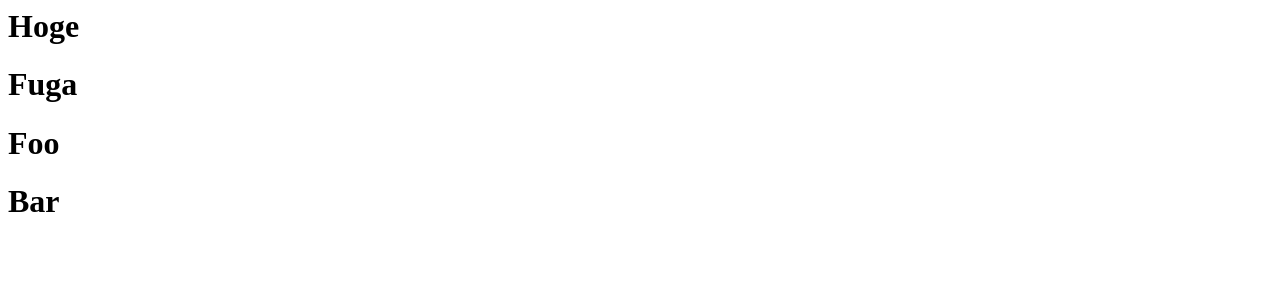
Repository: todaytam/samurai_HTML-CSS
Page: Flexbox.html
The author's editor kept a record of every edit. The page is drawn from the files as they stood at one moment, then again after the next edit.
The browser window is 1280 px wide. The pictures show the whole page.

Above is the page before.

After the next edit:
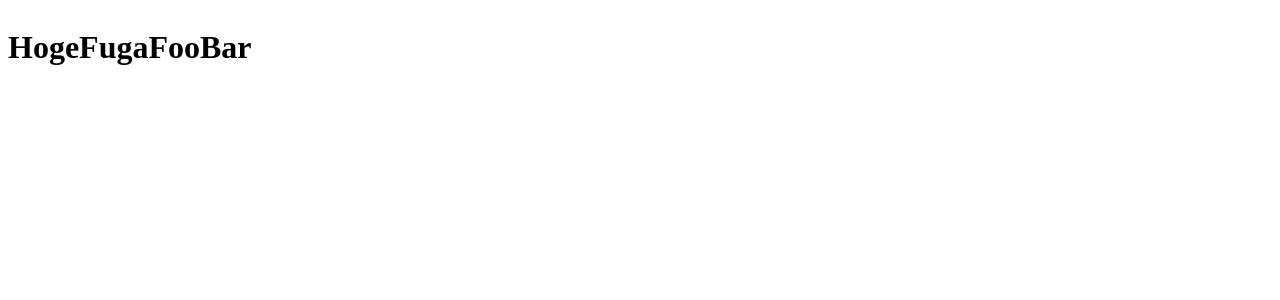
The edit:
--- a/Flexbox.html
+++ b/Flexbox.html
@@ -8,7 +8,7 @@
         </style>
     </head>
     <body>
-        <div id="flex-end">
+        <div id="flex-start">
             <h1>Hoge</h1>
             <h1>Fuga</h1>
             <h1>Foo</h1>

After the edit that followed:
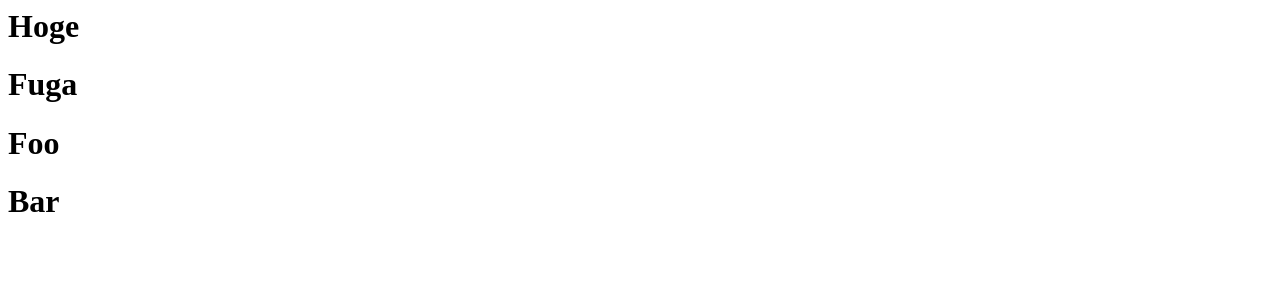
The edit:
--- a/Flexbox.html
+++ b/Flexbox.html
@@ -1,7 +1,7 @@
 <html lang="ja">
     <head>
         <style>
-            #flex-start {
+            #strech {
                 display: flex;
                 align-items: flex-start;
             }
